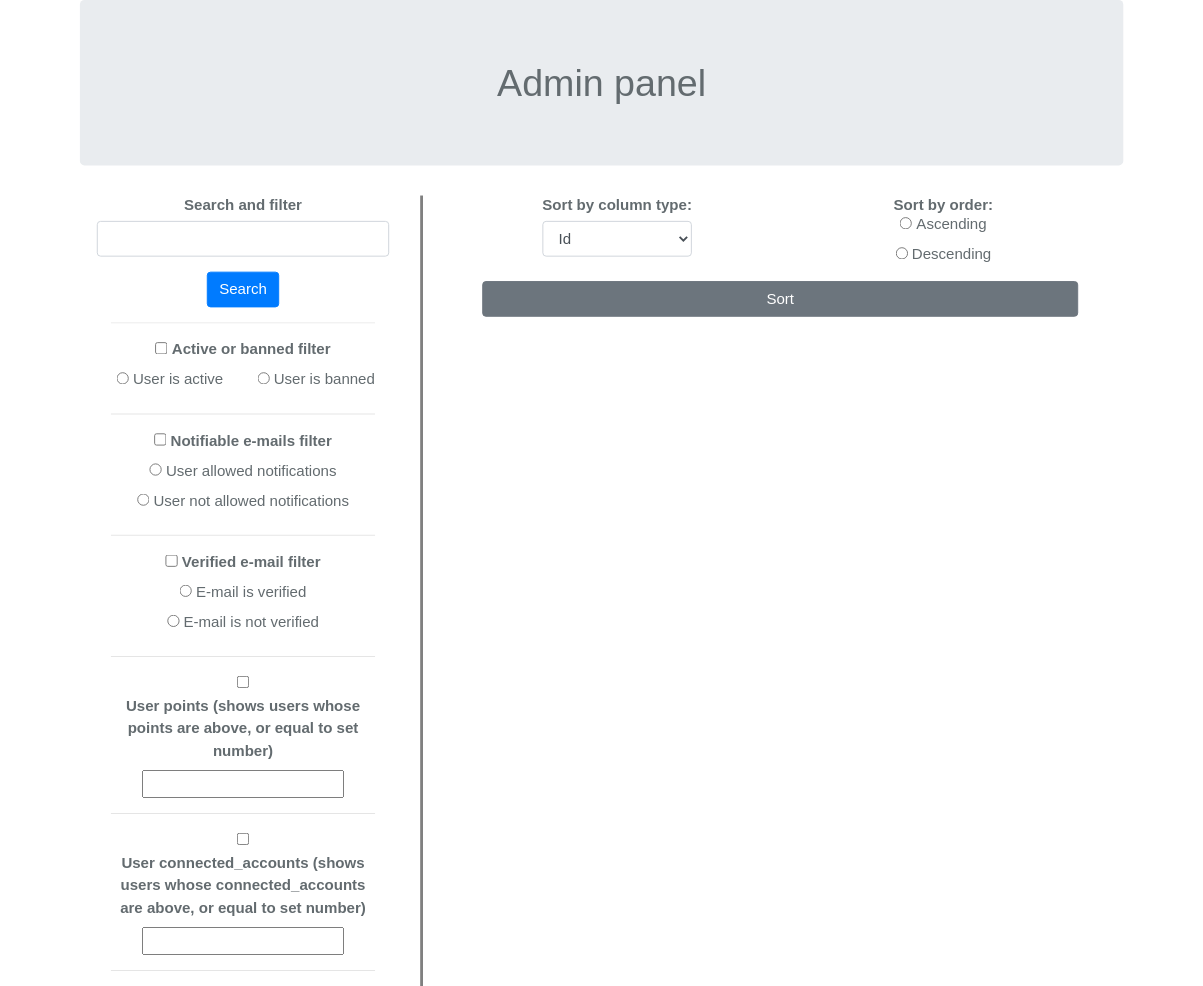
Repository: WOLVGVNG/gameclan
Page: resources/views/admin_panel.blade.php
An editor plug-in stored every save of this project. The page is shown before and after the next save, followed by the edit.
The browser window is 1280 px wide. The pictures show the whole page, at 94% of full size.
The page is served by the project's Laravel application, run on PHP 8.4 with Laravel 8. Other server files are loaded and not shown. The template is opened directly, without the code that normally fills it, so the values that code supplies are empty.

Above is the page before, as saved 2019-03-20 22:31:02.

### routes/web.php
<?php

/*
|--------------------------------------------------------------------------
| Web Routes
|--------------------------------------------------------------------------
|
| Here is where you can register web routes for your application. These
| routes are loaded by the RouteServiceProvider within a group which
| contains the "web" middleware group. Now create something great!
|
*/

Route::get('/', 'AdminPanelController@index');

### resources/views/admin_panel.blade.php
@extends('layout.app')
@section('content')
<div class='container text-center'>
    <h1 class='jumbotron'>Admin panel</h1>
    <form action='/' method='GET'>
        <div class='row'>
            <div class='col-md-4 px-4 px-md-5' style='border-right: 3px solid gray'>
                <!-----------------------------SZUKANIE---------------------------->
                <div class='row'>
                    <h6 class='font-weight-bold mx-auto'>Search and filter</h6>
                    <input type='text' class='form-control' name='search' value='{{ session('search') }}'>
                </div>
                <div class='row'>
                    <button type='submit' class='btn btn-primary mt-3 mx-auto'>Search</button>
                </div>
                <hr>

                <!-----------------------------FILTROWANIE---------------------------->
                <input type='checkbox' name='filter_active_switch' id='active_switch' value=true @if(session('filter_active_switch')==true) echo checked @endif>
                <label for='active_switch' class='font-weight-bold text-center'>Active or banned filter</label>
                <div class='row'>
                    <div class='col'>
                        <input type='radio' name='filter_active' id='active' value='active' @if(session('filter_active')=='active') echo checked @endif>
                        <label for='active'>User is active</label>
                    </div>
                    <div class='col'>
                        <input type='radio' name='filter_active' id='banned' value='banned' @if(session('filter_active  ')=='banned') echo checked @endif>
                        <label for='banned'>User is banned</label>
                    </div>
                </div>

                <hr>

                <input type='checkbox' name='filter_notifiable_email_switch' id='notifiable_email_switch' value=true @if(session('filter_notifiable_email_switch')==true) echo checked @endif>
                <label for='notifiable_email_switch' class='font-weight-bold text-center'>Notifiable e-mails filter</label>
                <div class='row'>
                    <div class='col mx-auto'>
                        <div class='col-12'>
                            <input type='radio' name='filter_notifiable_email' id='notifiable_email_yes' value='true' @if(session('filter_notifiable_email')=='true') echo checked @endif>
                            <label for='notifiable_email_yes'>User allowed notifications</label>
                        </div>
                        <div class='col-12'>
                            <input type='radio' name='filter_notifiable_email' id='notifiable_email_no' value='false' @if(session('filter_notifiable_email')=='false') echo checked @endif>
                            <label for='notifiable_email_no'>User not allowed notifications</label>
                        </div>
                    </div>
                </div>

                <hr>

                {{--<input type='checkbox' name='filter_emails_switch' id='email_switch' value=true @if(session('filter_emails_switch')==true) echo checked @endif>
                <label for='email_switch' class='font-weight-bold text-center'>Users' email's providers</label>
                <div class='row'>
                    <div class='col'>
                        <input type='checkbox' name='filter_emails[]' id='gmail' value='gmail'>
                        <label for='gmail'>Gmail</label>
                    </div>
                    <div class='col'>
                        <input type='checkbox' name='filter_emails[]' id='outlook' value='outlook'>
                        <label for='outlook'>Outlook</label>
                    </div>
                    <div class='col'>
                        <input type='checkbox' name='filter_emails[]' id='yahoo' value='yahoo'>
                        <label for='yahoo'>Yahoo</label>
                    </div>
                    <div class='col'>
                        <input type='checkbox' name='filter_emails[]' id='yandex' value='yandex'>
                        <label for='yandex'>Yandex</label>
                    </div>
                    <div class='col'>
                        <input type='checkbox' name='filter_emails[]' id='icloud' value='icloud'>
                        <label for='icloud'>Icloud</label>
                    </div>
                    <div class='col'>
                        <input type='checkbox' name='filter_emails[]' id='onet' value='onet'>
                        <label for='onet'>Onet</label>
                    </div>
                </div>--}}

                <input type='checkbox' name='filter_verified_email_switch' id='verified_email_switch' value=true @if(session('filter_verified_email_switch')==true) echo checked @endif>
                <label for='verified_email_switch' class='font-weight-bold text-center'>Verified e-mail filter</label>
                <div class='row'>
                    <div class='col mx-auto'>
                        <div class='col-12'>
                            <input type='radio' name='filter_verified_email' id='verified_email_yes' value='true' @if(session('filter_verified_email')=='true') echo checked @endif>
                            <label for='verified_email_yes'>E-mail is verified</label>
                        </div>
                        <div class='col-12'>
                            <input type='radio' name='filter_verified_email' id='verified_email_no' value='false' @if(session('filter_verified_email')=='false') echo checked @endif>
                            <label for='verified_email_no'>E-mail is not verified</label>
                        </div>
                    </div>
                </div>

                <hr>

                <input type='checkbox' name='filter_points_switch' id='points_switch' value=true @if(session('filter_points_switch')==true) echo checked @endif>
                <label for='points_switch' class='font-weight-bold text-center'>User points (shows users whose points are above, or equal to set number)</label>
                <div class='row'>
                    <div class='col mx-auto'>
                        <div class='col-12'>
                            <input type='number' name='filter_points' value={{session('filter_points')}}>
                        </div>
                    </div>
                </div>

                <hr>

                <input type='checkbox' name='filter_connected_accounts_switch' id='connected_accounts_switch' value=true @if(session('filter_connected_accounts_switch')==true) echo checked @endif>
                <label for='connected_accounts_switch' class='font-weight-bold text-center'>User connected_accounts (shows users whose connected_accounts are above, or equal to set number)</label>
                <div class='row'>
                    <div class='col mx-auto'>
                        <div class='col-12'>
                            <input type='number' name='filter_connected_accounts' value={{session('filter_connected_accounts')}}>
                        </div>
                    </div>
                </div>

                <hr>
            </div>

            <div class='col-md-8 px-4 px-md-5'>
                <!-----------------------------SORTOWANIE---------------------------->
                <div class='row'>
                    <div class='col-sm-6'>
                        <h6 class='font-weight-bold mt-4 mt-md-0'>Sort by column type:</h6>
                        <select class='form-control w-50 mx-auto' name='sort_type' value='{{ session('sort_type') }}'>
                            {{--<option>{{ session('sort_type') }}</option>--}}
                            <option value='id' @if(session('sort_type') == 'id') echo selected @endif>Id</option>
                            <option value='user_name' @if(session('sort_type') == 'user_name') echo selected @endif>User name</option>
                            <option value='email' @if(session('sort_type') == 'email') echo selected @endif>E-mail</option>
                            <option value='notifiable_email' @if(session('sort_type') == 'notifiable_email') echo selected @endif>Notifiable email</option>
                            <option value='email_verified_at' @if(session('sort_type') == 'email_verified_at') echo selected @endif>Email verification date</option>
                            <option value='points' @if(session('sort_type') == 'points') echo selected @endif>Points</option>
                            <option value='steam_id' @if(session('sort_type') == 'steam_id') echo selected @endif>Steam id</option>
                            <option value='facebook_id' @if(session('sort_type') == 'facebook_id') echo selected @endif>Facebook id</option>
                            <option value='google_id' @if(session('sort_type') == 'google_id') echo selected @endif>Google id</option>
                            <option value='geo' @if(session('sort_type') == 'geo') echo selected @endif>Country</option>
                            <option value='lang' @if(session('sort_type') == 'lang') echo selected @endif>Language</option>
                            <option value='ref' @if(session('sort_type') == 'ref') echo selected @endif>Ref</option>
                            <option value='ref_status' @if(session('sort_type') == 'ref_status') echo selected @endif>Ref status</option>
                            <option value='ref_code' @if(session('sort_type') == 'ref_code') echo selected @endif>Ref code</option>
                            <option value='deleted_at' @if(session('sort_type') == 'deleted_at') echo selected @endif>The date of removal</option>
                            <option value='created_at' @if(session('sort_type') == 'created_at') echo selected @endif>Creation date</option>
                            <option value='updated_at' @if(session('sort_type') == 'updated_at') echo selected @endif>Update date</option>
                        </select>
                    </div>
                    <div class='col-sm-6'>
                        <h6 class='font-weight-bold my-4 my-md-0'>Sort by order:</h6>
                        <input type='radio' name='sort_order' value='asc' id='asc'
                                @if(session('sort_order') == 'asc') echo checked @endif>
                        <label for='asc'>Ascending</label>
                        <br>
                        <input type='radio' name='sort_order' value='desc' id='desc'
                                @if(session('sort_order') == 'desc') echo checked @endif>
                        <label for='desc'>Descending</label>
                    </div>
                </div>
                <div class='col mt-2 mb-5'>
                    <button type='submit' class='btn btn-block btn-secondary'>Sort</button>
                </div>
            </form>

            <!-----------------------------WYŚWIETLANIE---------------------------->
            @foreach($users as $user)
                <div class='row mb-5 user-part-div'>
                    <div class='user-part-div col'>
                        <p class='font-weight-bold'>id</p>
                        <p>{{$user->id}}</p>
                    </div>
                    <div class='user-part-div col'>
                        <p class='font-weight-bold'>user_name</p>
                        <p>{{$user->user_name}}</p>
                    </div>
                    <div class='user-part-div col'>
                        <p class='font-weight-bold'>email</p>
                        <p>{{$user->email}}</p>
                    </div>
                    @if(isset($user->email_verified_at))
                        <div class='user-part-div col'>
                            <p class='font-weight-bold'>email_verified_at</p>
                            <p>{{$user->email_verified_at}}</p>
                        </div>
                    @endif
                    @if(isset($user->email_verified_at))
                        <div class='user-part-div col'>
                            <p class='font-weight-bold'>remember_token</p>
                            <p>{{$user->remember_token}}</p>
                        </div>
                    @endif
                    <div class='user-part-div col'>
                        <p class='font-weight-bold'>avatar</p>
                        <p>{{$user->avatar}}</p>
                    </div>
                    <div class='user-part-div col'>
                        <p class='font-weight-bold'>points</p>
                        <p>{{$user->points}}</p>
                    </div>
                    @if(isset($user->steam_id))
                        <div class='user-part-div col'>
                            <p class='font-weight-bold'>steam_id</p>
                            <p>{{$user->steam_id}}</p>
                        </div>
                    @endif
                    @if(isset($user->facebook_id))
                        <div class='user-part-div col'>
                            <p class='font-weight-bold'>facebook_id</p>
                            <p>{{$user->facebook_id}}</p>
                        </div>
                    @endif
                    @if(isset($user->google_id))
                        <div class='user-part-div col'>
                            <p class='font-weight-bold'>google_id</p>
                            <p>{{$user->google_id}}</p>
                        </div>
                    @endif
                    <div class='user-part-div col'>
                        <p class='font-weight-bold'>geo</p>
                        <p>{{$user->geo}}</p>
                    </div>
                    <div class='user-part-div col'>
                        <p class='font-weight-bold'>lang</p>
                        <p>{{$user->lang}}</p>
                    </div>
                    @if(isset($user->ref))
                        <div class='user-part-div col'>
                            <p class='font-weight-bold'>ref</p>
                            <p>{{$user->ref}}</p>
                        </div>
                    @endif
                    @if(isset($user->ref_status))
                        <div class='user-part-div col'>
                            <p class='font-weight-bold'>ref_status</p>
                            <p>{{$user->ref_status}}</p>
                        </div>
                    @endif
                    <div class='user-part-div col'>
                        <p class='font-weight-bold'>ref_code</p>
                        <p>{{$user->ref_code}}</p>
                    </div>
                    @if(isset($user->deleted_at))
                        <div class='user-part-div col'>
                            <p class='font-weight-bold'>deleted_at</p>
                            <p>{{$user->deleted_at}}</p>
                        </div>
                    @endif
                    <div class='user-part-div col'>
                        <p class='font-weight-bold'>created_at</p>
                        <p>{{$user->created_at}}</p>
                    </div>
                    @if(isset($user->updated_at))
                        <div class='user-part-div col'>
                            <p class='font-weight-bold'>updated_at</p>
                            <p>{{$user->updated_at}}</p>
                        </div>
                    @endif
                </div>
            @endforeach
        </div>
    </div>

    <!-----------------------------PAGINACJA---------------------------->
    <div class='row'>
        <div class='mx-auto'>
            {{ $users->links() }}
        </div>
    </div>
</div>
@endsection

### resources/views/layout/app.blade.php
<!doctype html>
<html lang="{{ str_replace('_', '-', app()->getLocale()) }}">
    <head>
        <meta charset="utf-8">
        <meta name="viewport" content="width=device-width, initial-scale=1">

        <title>Laravel</title>

        <link rel="stylesheet" href="https://stackpath.bootstrapcdn.com/bootstrap/4.3.1/css/bootstrap.min.css" integrity="sha384-ggOyR0iXCbMQv3Xipma34MD+dH/1fQ784/j6cY/iJTQUOhcWr7x9JvoRxT2MZw1T" crossorigin="anonymous">

        <style>
            html, body {
                background-color: #fff;
                color: #636b6f;
                font-family: 'Nunito', sans-serif;
                font-weight: 200;
                height: 100vh;
                margin: 0;
            }

            .user-part-div {
                border: 2px solid gray;
            }
        </style>
    </head>
    <body>
        @yield('content')

    </body>
</html>

After the next save:
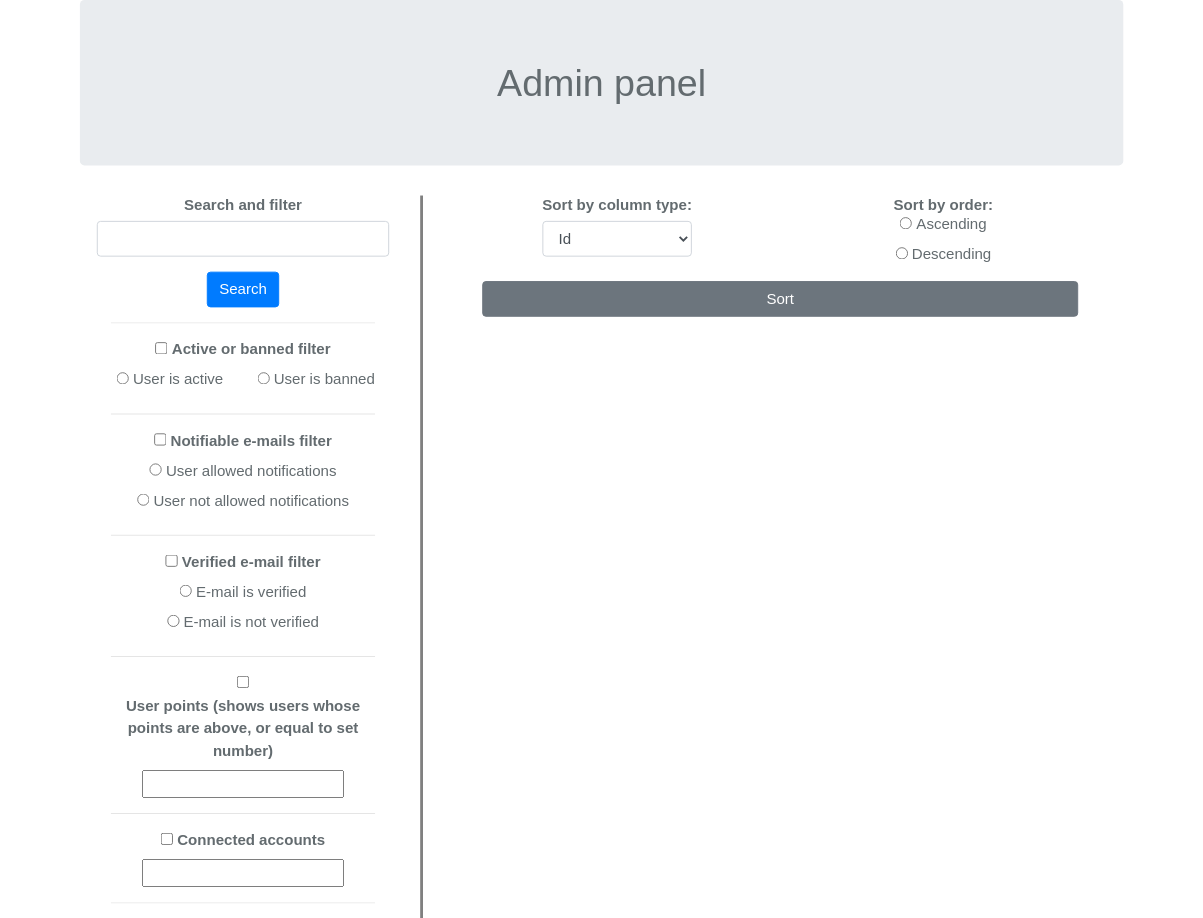
Saved 45 s later.
--- a/resources/views/admin_panel.blade.php
+++ b/resources/views/admin_panel.blade.php
@@ -107,7 +107,7 @@
                 <hr>
 
                 <input type='checkbox' name='filter_connected_accounts_switch' id='connected_accounts_switch' value=true @if(session('filter_connected_accounts_switch')==true) echo checked @endif>
-                <label for='connected_accounts_switch' class='font-weight-bold text-center'>User connected_accounts (shows users whose connected_accounts are above, or equal to set number)</label>
+                <label for='connected_accounts_switch' class='font-weight-bold text-center'>Connected accounts</label>
                 <div class='row'>
                     <div class='col mx-auto'>
                         <div class='col-12'>
